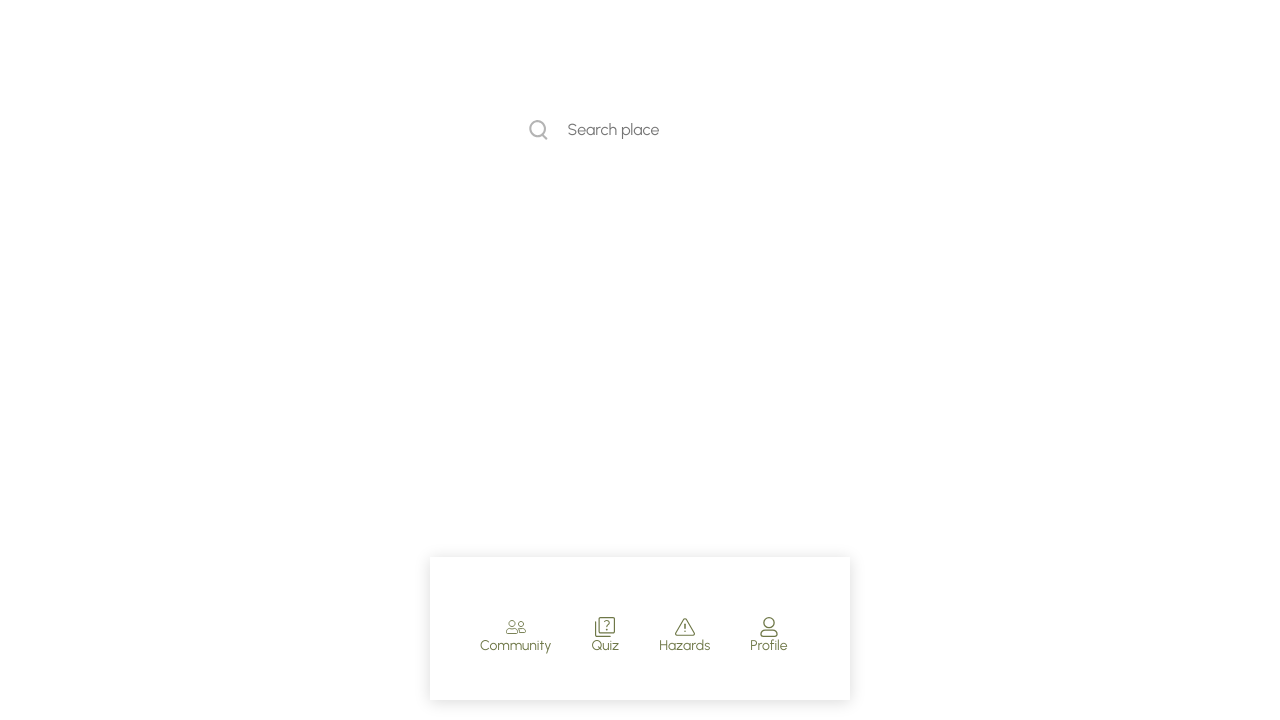
Repository: Aladdin3r/SafeCycle
Page: /
These files come from the project's save history. The page is drawn as it stood at one moment and after the next save; the edit follows.
The browser window is 1280 px wide. The pictures show the whole page.
The project was rebuilt for these pictures with package versions that can differ from the ones it lists, and the page was loaded fresh each time. The framework's server and built-in components were replaced by stand-ins that run in the browser.

Above is the page before, as saved 2024-04-15 13:25:14.

After the next save:
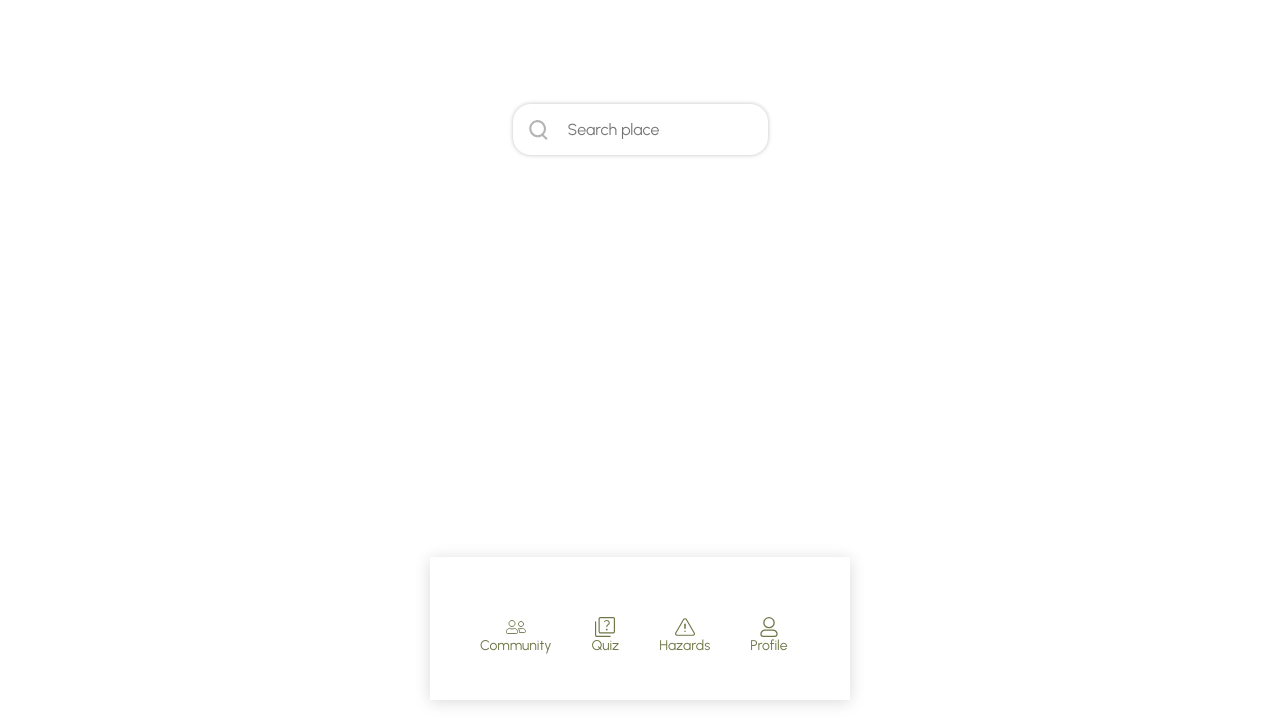
Saved 8 s later.
--- a/components/NavBar/NavBar.module.css
+++ b/components/NavBar/NavBar.module.css
@@ -7,7 +7,7 @@
     border-radius: 28px;
     background-color: var(--white);
     border-radius: 18px;
-
+    box-shadow: 0px 0px 4px 0px rgba(0, 0, 0, 0.25);
 }
 
 .searchInput {
